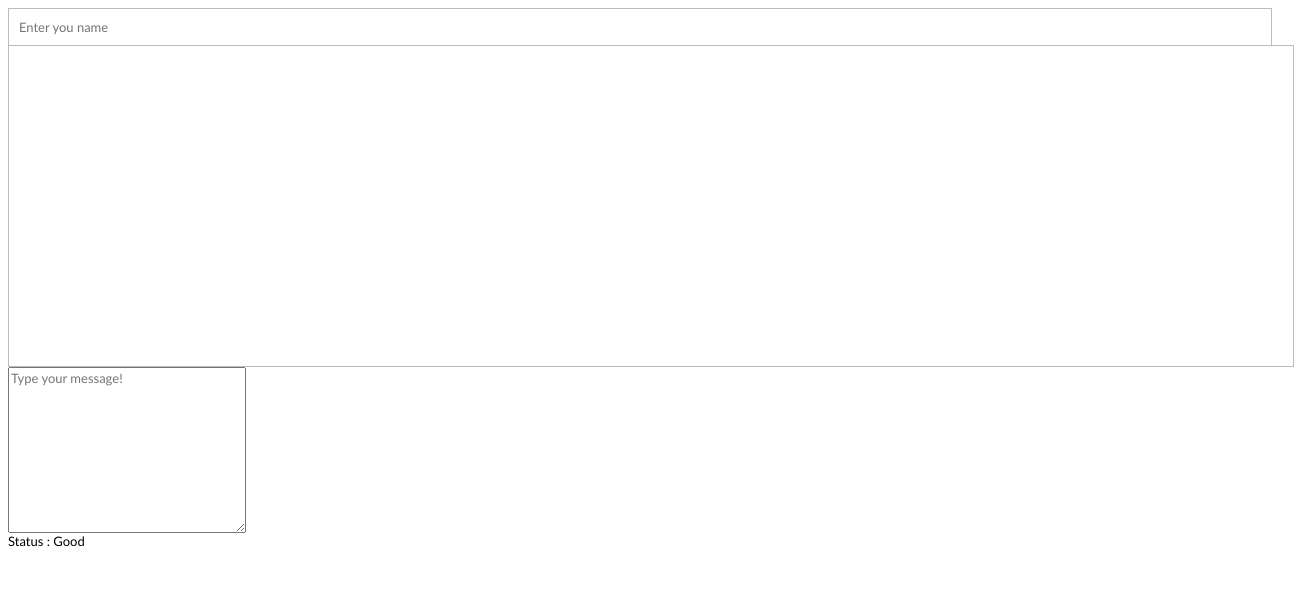
Repository: mahmoudozil/nodejsRealTimeChatApp
Page: index.html
These files come from the project's save history. The page is drawn as it stood at one moment and after the next save; the edit follows.
The browser window is 1280 px wide. The page is 1294 px wide, then 1280 px, so the pictures cover 1294 px, including what lies to the right of the window. The pictures show the whole page.

Above is the page before, as saved 2018-08-10 15:30:14.

### index.html
<html>
    <head>
        <title>my Real Time Chat App</title>
        <link rel="stylesheet" href="css/mycss.css"></link>
    </head>
    <body>
        <div>
            <input type="text" class="chat-name" placeholder="Enter you name">
            <div class="chat-messages"></div>
            <textarea name="" id="" cols="30" rows="10" placeholder="Type your message!"></textarea>
            <div class="chat-status">Status : <span>Good</span></div>
        </div>
    </body>
</html>

### css/mycss.css
body,
textarea,
input {
    font: 13px "Trebuchet MS", sans-serif;
}

.chat {
    max-width: 300px;
}

.chat-messages,
.chat textarea,
.chat-name {
    border: 1px solid #bbb
}

.chat-messages {
    width: 100%;
    height: 300px;
    overflow-y: scroll;
    padding: 10px;
}

.chat-name
{
    width: 100%;
    padding: 10px;
    margin: 0;
    border-bottom: 0;
}

.chat textarea
{
    width: 100%;
    padding: 10px;
    margin: 0;
    border-top: 0;
}

After the next save:
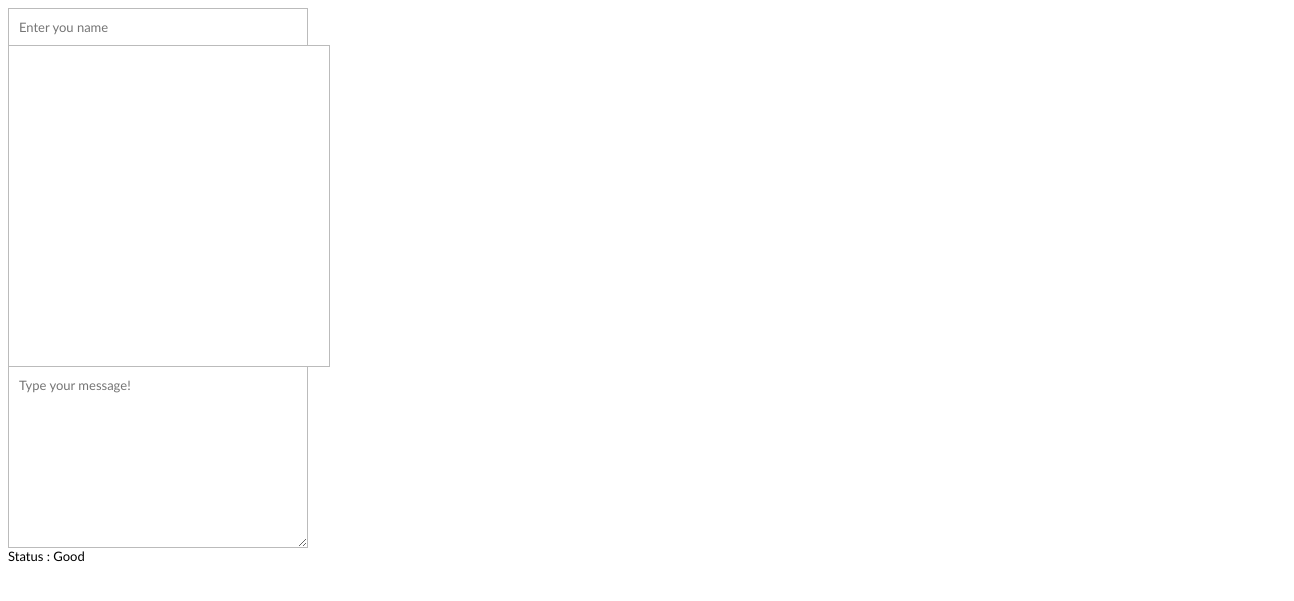
Saved 62 s later.
--- a/index.html
+++ b/index.html
@@ -4,7 +4,7 @@
         <link rel="stylesheet" href="css/mycss.css"></link>
     </head>
     <body>
-        <div>
+        <div class="chat">
             <input type="text" class="chat-name" placeholder="Enter you name">
             <div class="chat-messages"></div>
             <textarea name="" id="" cols="30" rows="10" placeholder="Type your message!"></textarea>
